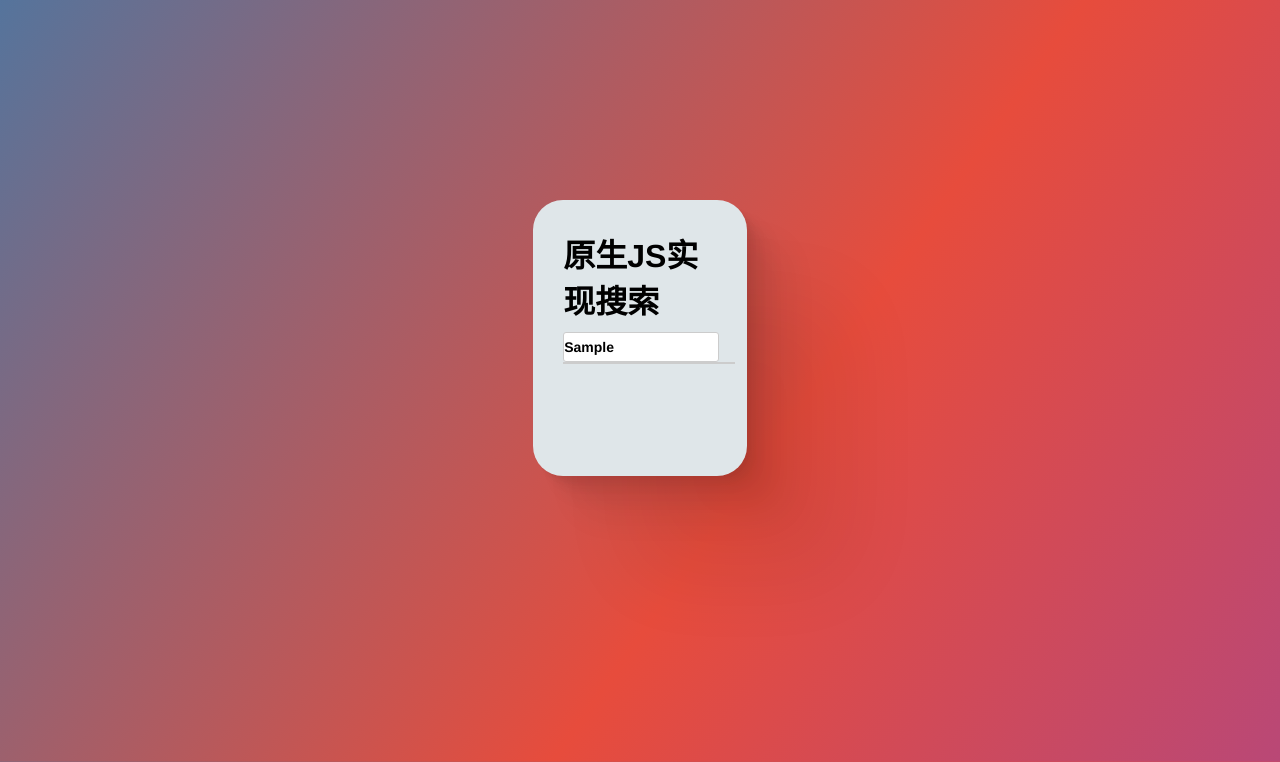
Repository: bigzheng11/selectWork
Page: 原生JS实现/原生JS实现.html
The author's editor kept a copy of each file at every save. The page is drawn from the files as they stood at one save, then again after a run of saves.
The browser window is 1280 px wide. The pictures show the whole page.
Empty fields were first filled with sample values (such as "Sample", 5 or name@example.com).
After loading, the first visible `#myInput` was changed once.

Above is the page before, as saved 2022-10-25 10:36:16.

After the next 2 saves:
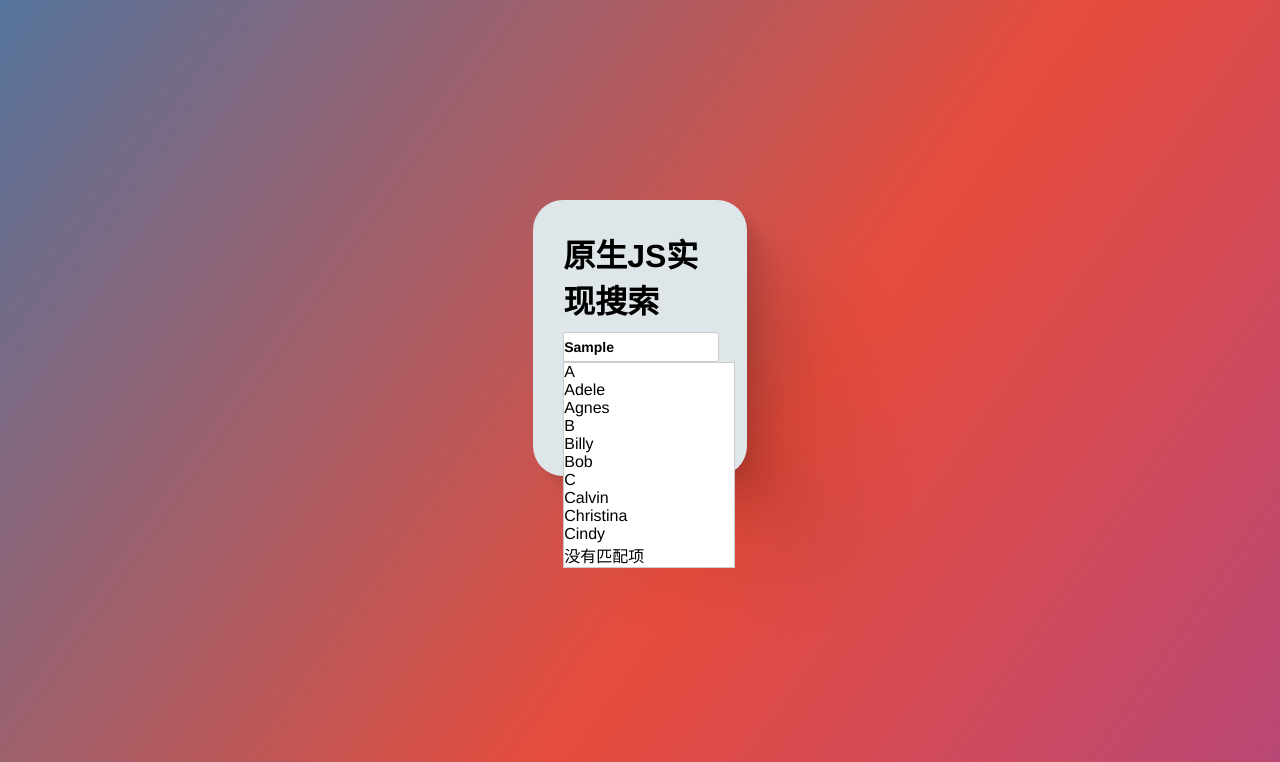
Console error: SyntaxError: Unexpected identifier 'temp'
The 2 saves are shown as one change because they came seconds apart.
The last was saved 8 s later.
--- a/原生JS实现/原生JS实现.html
+++ b/原生JS实现/原生JS实现.html
@@ -121,7 +121,7 @@
                 filter = input.value.toUpperCase();
                 ul = document.getElementById("myUL");
                 li = ul.getElementsByTagName("li");
-                li = ul.getElementsByTagName("li");
+                li = ul.
 
                 let temp = 0;
                 // 循环所有列表，查找匹配项

After the 2 saves that followed:
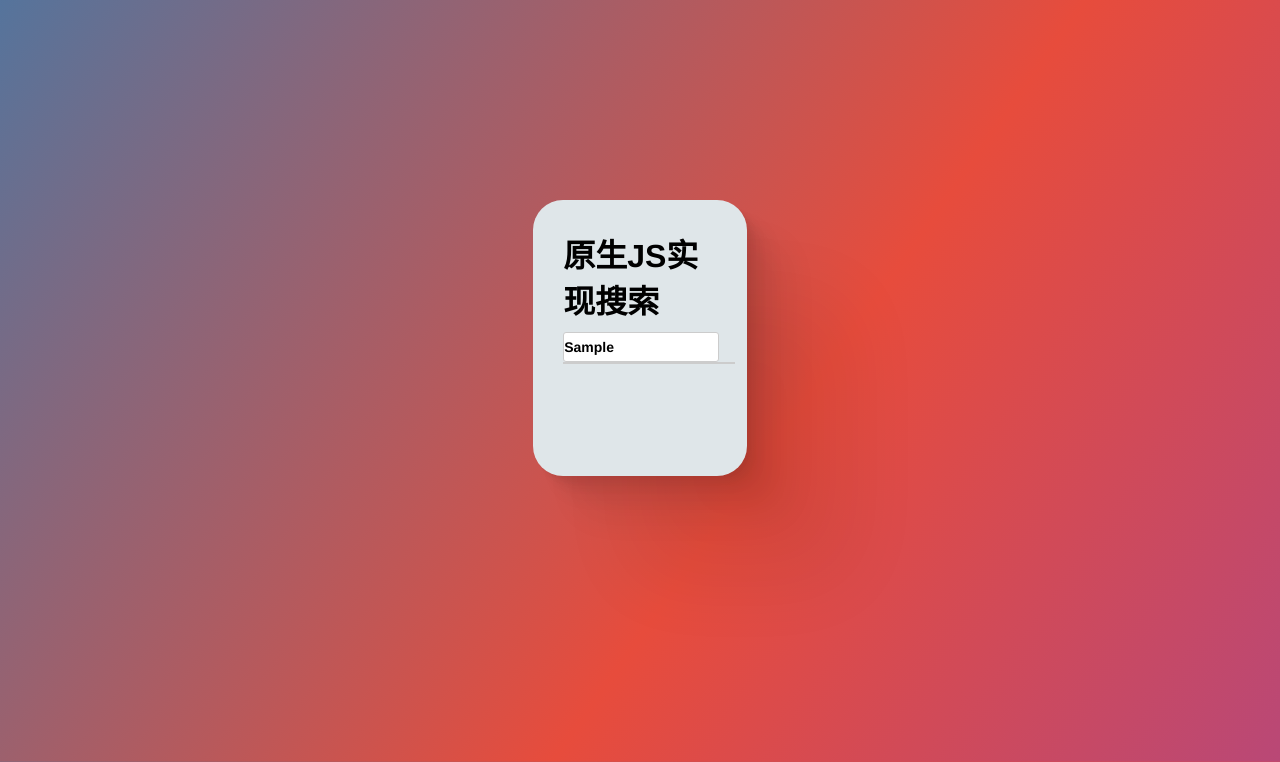
The error is gone.
The 2 saves are shown as one change because they came seconds apart.
The last was saved 6 s later.
--- a/原生JS实现/原生JS实现.html
+++ b/原生JS实现/原生JS实现.html
@@ -121,7 +121,7 @@
                 filter = input.value.toUpperCase();
                 ul = document.getElementById("myUL");
                 li = ul.getElementsByTagName("li");
-                li = ul.
+
 
                 let temp = 0;
                 // 循环所有列表，查找匹配项
